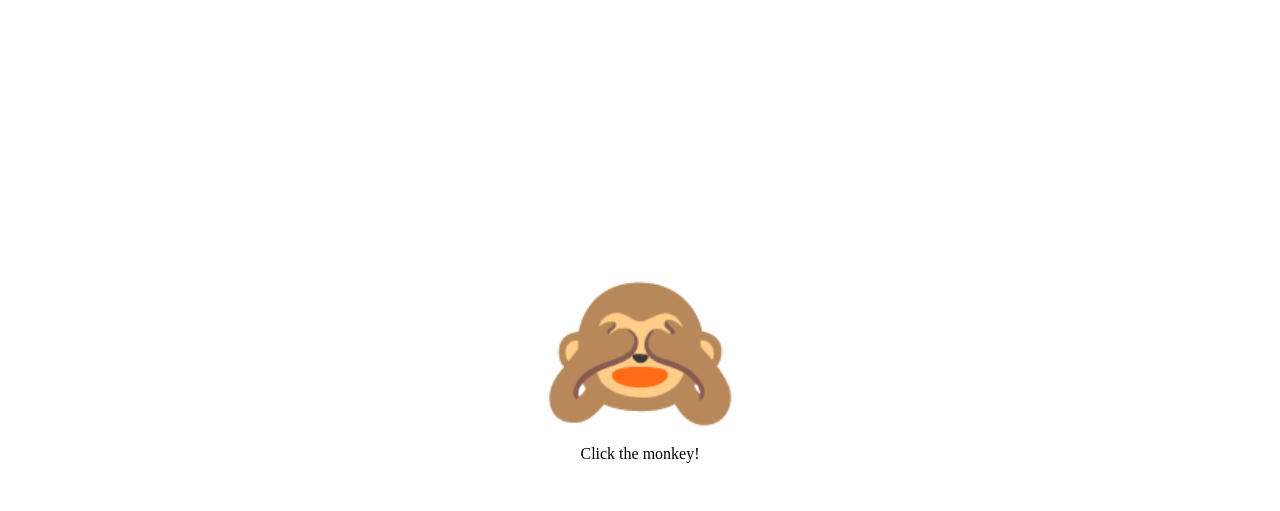
Repository: PrashantPanjwani/JSProjects
Page: P-Project1/index.html
An editor plug-in stored every save of this project. The page is shown before and after the next save, followed by the edit.
The browser window is 1280 px wide. The pictures show the whole page.

Above is the page before, as saved 2024-06-03 17:46:58.

After the next save:
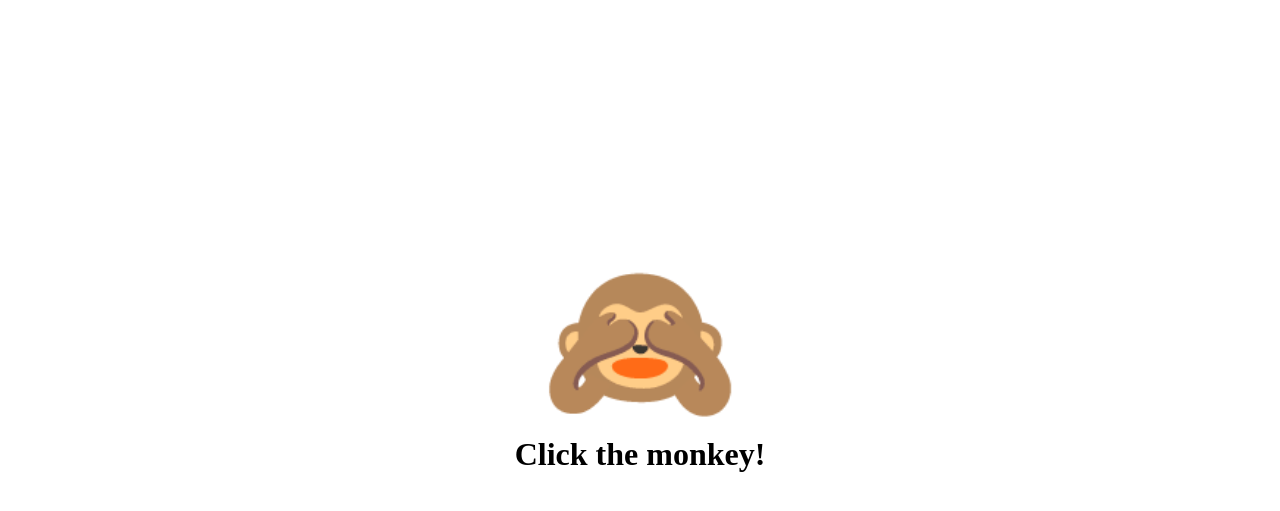
Saved 53 s later.
--- a/P-Project1/index.html
+++ b/P-Project1/index.html
@@ -9,7 +9,7 @@
 <body>
     <div class="emoji closed active">🙈</div>
     <div class="emoji open">🙉</div>
-    <div class="bodytext">Click the monkey!</div>
+    <div class="bodytext"><h1>Click the monkey!</h1></div>
     <script src="app.js"></script>
 
 </body>
